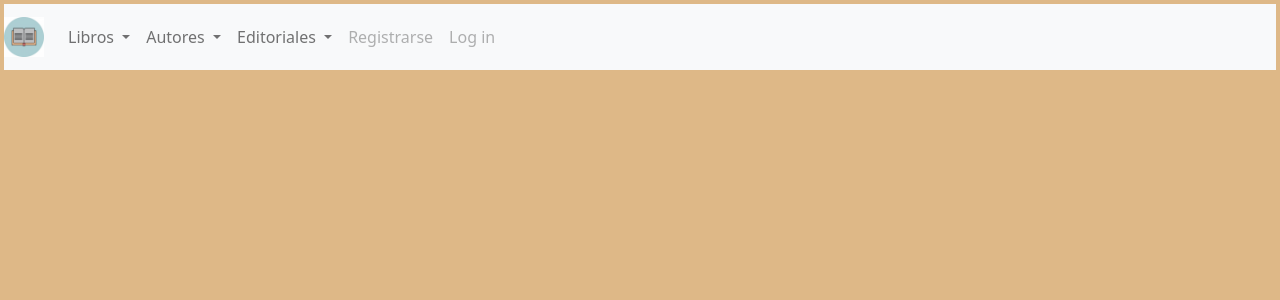
Repository: frnalonso/libreria
Page: src/main/resources/templates/registrarEditorial.html
The author's editor kept a copy of each file at every save. The page is drawn from the files as they stood at one save, then again after the next save.
The browser window is 1280 px wide. The pictures show the whole page.

Above is the page before, as saved 2021-11-16 10:47:38.

### src/main/resources/templates/registrarEditorial.html
<!doctype html>
<html lang="en">
  <head>
    <!-- Required meta tags -->
    <meta charset="utf-8">
    <meta name="viewport" content="width=device-width, initial-scale=1">

    <!-- Bootstrap CSS -->
    <link href="https://cdn.jsdelivr.net/npm/bootstrap@5.1.3/dist/css/bootstrap.min.css" rel="stylesheet" integrity="sha384-1BmE4kWBq78iYhFldvKuhfTAU6auU8tT94WrHftjDbrCEXSU1oBoqyl2QvZ6jIW3" crossorigin="anonymous">
    <link rel="stylesheet" href="/css/index.css"/>
    <title>Inicio</title>

  </head>
  <body class="p-1 text-white">
    <nav class="navbar navbar-expand-lg navbar-light bg-light">
        <a class="navbar-brand" href="/" ><img src="/images/icono_libreria2.jpg" width="40px" alt=""></a>
        <button class="navbar-toggler" type="button" data-toggle="collapse" data-target="#navbarNavAltMarkup" aria-controls="navbarNavAltMarkup" aria-expanded="false" aria-label="Toggle navigation">
          <span class="navbar-toggler-icon"></span>
        </button>
        <div class="collapse navbar-collapse" id="navbarNavAltMarkup">
          <div class="navbar-nav">
            <li class="nav-item dropdown">
              <a class="nav-link dropdown-toggle" href="#" id="navbarDropdown" role="button" data-bs-toggle="dropdown" aria-expanded="false">
                Libros
              </a>
              <ul class="dropdown-menu" aria-labelledby="navbarDropdown">
                <li><a class="dropdown-item" href="/registro">Registrar Libro</a></li>
                <li><a class="dropdown-item" href="/mostrar">Ver Libros</a></li>
              </ul>
            </li>
            <li class="nav-item dropdown">
              <a class="nav-link dropdown-toggle" href="#" id="navbarDropdown" role="button" data-bs-toggle="dropdown" aria-expanded="false">
                Autores
              </a>
              <ul class="dropdown-menu" aria-labelledby="navbarDropdown">
                <li><a class="dropdown-item" href="/autor/registrarAutor">Registrar Autor</a></li>
                <li><a class="dropdown-item" href="/autor/mostrarAutores">Ver Autores</a></li>
              </ul>
            </li>
            <li class="nav-item dropdown">
              <a class="nav-link dropdown-toggle" href="#" id="navbarDropdown" role="button" data-bs-toggle="dropdown" aria-expanded="false">
                Editoriales
              </a>
              <ul class="dropdown-menu" aria-labelledby="navbarDropdown">
                <li><a class="dropdown-item" href="/editorial/registrarEditorial">Registrar Editorial</a></li>
                <li><a class="dropdown-item" href="/editorial/mostrarEditoriales">Ver Editoriales</a></li>
              </ul>
            </li>
            <a class="nav-item nav-link disabled" href="Log in">Registrarse</a>
            <a class="nav-item nav-link disabled" href="Log in">Log in</a>
          </div>
        </div>
      </nav>


    <!-- Optional JavaScript; choose one of the two! -->

    <!-- Option 1: Bootstrap Bundle with Popper -->
    <script src="https://cdn.jsdelivr.net/npm/bootstrap@5.1.3/dist/js/bootstrap.bundle.min.js" integrity="sha384-ka7Sk0Gln4gmtz2MlQnikT1wXgYsOg+OMhuP+IlRH9sENBO0LRn5q+8nbTov4+1p" crossorigin="anonymous"></script>

    <!-- Option 2: Separate Popper and Bootstrap JS -->
    <!--
    <script src="https://cdn.jsdelivr.net/npm/@popperjs/core@2.10.2/dist/umd/popper.min.js" integrity="sha384-7+zCNj/IqJ95wo16oMtfsKbZ9ccEh31eOz1HGyDuCQ6wgnyJNSYdrPa03rtR1zdB" crossorigin="anonymous"></script>
    <script src="https://cdn.jsdelivr.net/npm/bootstrap@5.1.3/dist/js/bootstrap.min.js" integrity="sha384-QJHtvGhmr9XOIpI6YVutG+2QOK9T+ZnN4kzFN1RtK3zEFEIsxhlmWl5/YESvpZ13" crossorigin="anonymous"></script>
    -->
  </body>
</html>

### src/main/resources/static/css/index.css
body {
    background-color:burlywood;
}

h1 {
    color: red;
    text-align: center;
}

img {
    display:block;
    margin:auto;
}

After the next save:
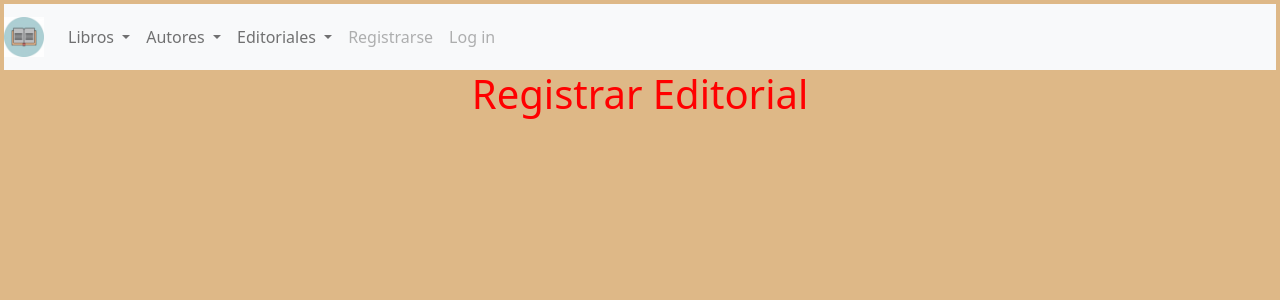
Saved 14 s later.
--- a/src/main/resources/templates/registrarEditorial.html
+++ b/src/main/resources/templates/registrarEditorial.html
@@ -52,6 +52,7 @@
         </div>
       </nav>
 
+      <h1>Registrar Editorial</h1>
 
     <!-- Optional JavaScript; choose one of the two! -->
 
